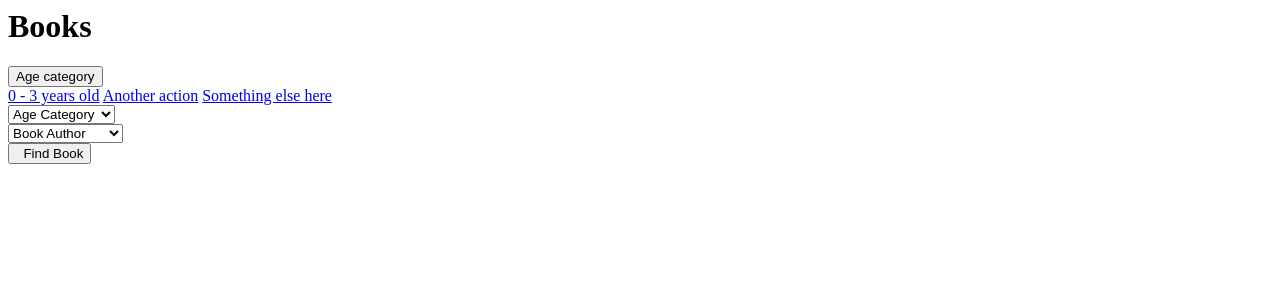
Repository: taikatta/Konyvkucko
Page: megkellhet.html
The author's editor kept a record of every edit. The page is drawn from the files as they stood at one moment, then again after the next edit.
The browser window is 1280 px wide. The pictures show the whole page.

Above is the page before.

After the next edit:
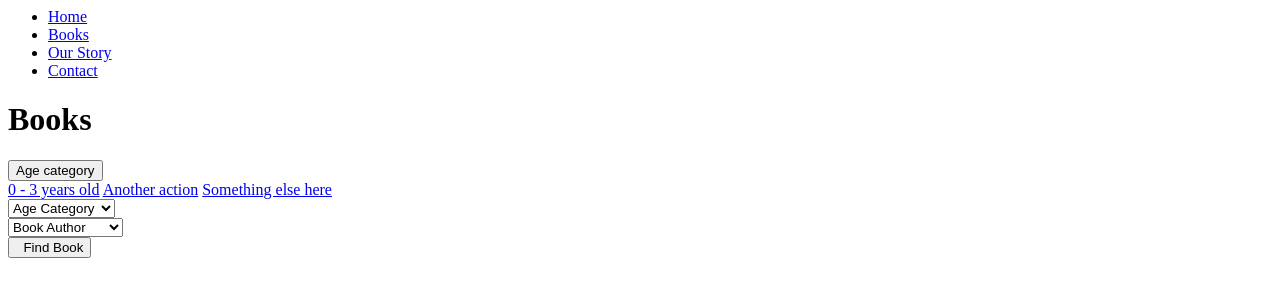
The edit:
--- a/megkellhet.html
+++ b/megkellhet.html
@@ -1,3 +1,35 @@
+ <header>
+        <div class="row no-gutters">
+            <a class="col-md-4 logo" href="index.html"></a>
+            <div class="col-md-8">
+                <div class="row no-gutters">
+                    <div class="col">
+                        <ul id="nav" class="list-inline menucontainer">
+                            <li class="col-6 col-sm-3 list-inline-item menuitem">
+                                <a href="index.html"><span>Home</span></a>
+                            </li>
+                            <li class="col-6 col-sm-3 list-inline-item menuitem">
+                                <a href="books.html"><span>Books</span></a>
+                            </li>
+                            <li class="col-6 col-sm-3 list-inline-item menuitem">
+                                <a href="ourstory.html"><span>Our Story</span></a>
+                            </li>
+                            <li class="col-6 col-sm-3 list-inline-item menuitem">
+                                <a href="contact.html"><span>Contact</span></a>
+                            </li>
+                        </ul>
+
+                    </div>
+
+                </div>
+            </div>
+        </div>
+    </header>
+
+
+
+
+
         <div class="page-title">
             <h1> Books </h1>
         </div>
